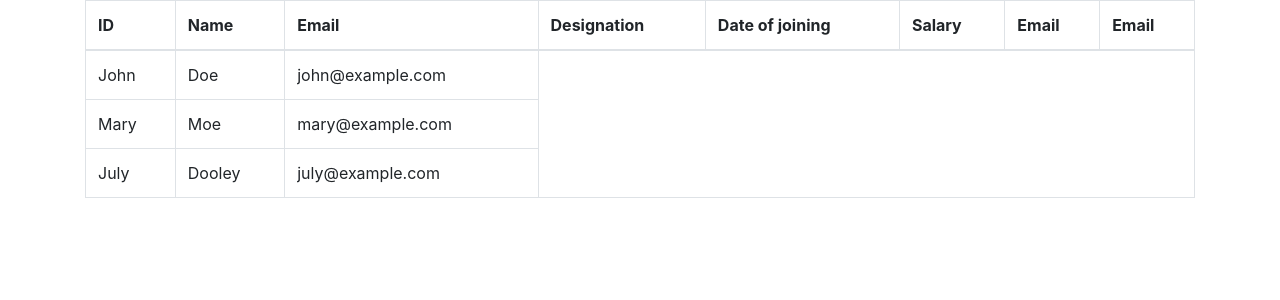
Repository: ArmanAli-cmd/EmployeeProjectDepartmentApplication
Page: http://localhost/EmployeeProjectDepartmentMVCApplication/views/employees.jsp
The author's editor kept a copy of each file at every save. The page is drawn from the files as they stood at one save, then again after the next save.
The browser window is 1280 px wide. The pictures show the whole page.
The page is served by Tomcat 9.

Above is the page before, as saved 2024-01-17 16:58:46.

After the next save:
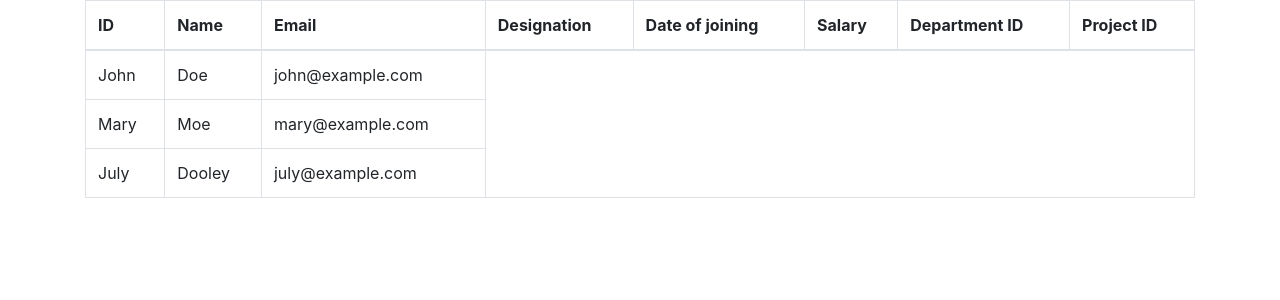
Saved 11 s later.
--- a/EmployeeProjectDepartmentMVCApplication/src/main/webapp/views/employees.jsp
+++ b/EmployeeProjectDepartmentMVCApplication/src/main/webapp/views/employees.jsp
@@ -28,8 +28,8 @@
 					<th>Designation</th>
 					<th>Date of joining</th>
 					<th>Salary</th>
-					<th>Email</th>
-					<th>Email</th>
+					<th>Department ID</th>
+					<th>Project ID</th>
 				</tr>
 			</thead>
 			<tbody>
